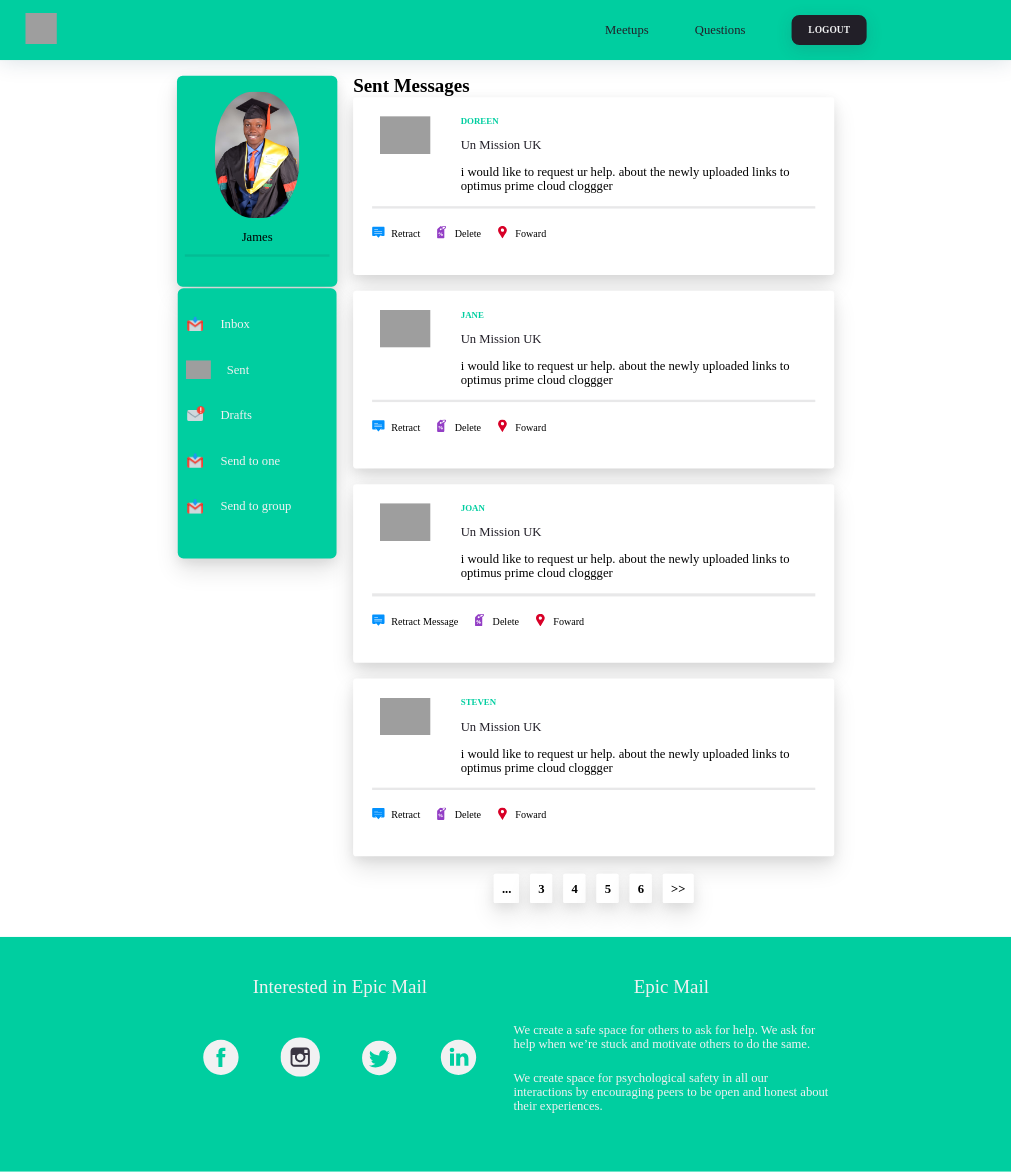
Repository: Gfreedoms/Epic-Mail
Page: pages/sent.html
An editor plug-in stored every save of this project. The page is shown before and after the next save, followed by the edit.
The browser window is 1280 px wide. The pictures show the whole page, at 79% of full size.
Pictures or frames that could not be fetched are drawn as grey boxes. Some web fonts or font styles are not loaded; a fallback is used.

Above is the page before, as saved 2019-02-28 06:39:59.

### pages/sent.html
<!DOCTYPE html>
<html lang="en">

<head>
	<meta charset="UTF-8">
	<meta name="viewport" content="width=device-width, initial-scale=1.0">
	<meta http-equiv="X-UA-Compatible" content="ie=edge">
	<link rel="apple-touch-icon" sizes="180x180" href="../assets/favicon/apple-touch-icon.png">
	<link rel="icon" type="image/png" sizes="32x32" href="../assets/favicon/favicon-32x32.png">
	<link rel="icon" type="image/png" sizes="16x16" href="../assets/favicon/favicon-16x16.png">
	<link rel="manifest" href="../assets/favicon/site.webmanifest">
	<link rel="mask-icon" href="../assets/favicon/safari-pinned-tab.svg" color="#5bbad5">
	<meta name="msapplication-TileColor" content="#da532c">
	<meta name="theme-color" content="#ffffff">
	<link rel="stylesheet" href="../styles/base.css">
	<link rel="stylesheet" href="../styles/format.css">
	<link rel="stylesheet" href="../styles/profile.css">
	<title>User Profile | EpIC EMAIL</title>
</head>

<body>
	<!-- Navigation Section Starts -->
	<section id="navigation">
		<nav class="navbar">
			<a href="../" id="nav-brand">
				<img src="../assets/imgs/logo.svg" alt="">
			</a>
			<ul class="nav-menu">
				<li class="visibility"><a class="hover-t" href="./login.html">Login</a></li>
				<li><a class="hover-t" href="./meetup.html">Meetups</a></li>
				<li><a class="hover-t" href="./questions.html">Questions</a></li>
				<li><a class="reg-btn box-sh-dark hover-lg" href="../">Logout</a></li>
			</ul>
			<a id="menu" href="">
				<img src="../assets/imgs/menu.svg" alt="">
			</a>
		</nav>
	</section>
	<!-- Navigation Section Ends -->

	<!-- SideBar Nav -->
	<ul id="sidebar" class="navbar-side side-hidden">
		<li><a href="./meetup.html">Meetups</a></li>
		<li><a href="./questions.html">Questions</a></li>
		<li><a class="" href="../">Logout</a></li>
	</ul>

	<div class="container">
		<div id="v-wrapper">
			<div class="profile user card">
				<img class="img mauto" src="../assets/imgs/freedom.jpg" alt="">
				<div class="bio">
					<h3 class="username sm-text">James</h3>

				</div>

				<div class="divider"></div>

				<div class = "user_side_bar">
				<ul class="list-items">
					<li>
						<img src="../assets/imgs/inbox.png" alt="">
						<div class = "labels">
								<a class="label_links" href="./profile.html">
									<h3 class="sm-text">Inbox</h3>
								</a>
						</div>

					</li>
					<li>

						<img src="../assets/imgs/logo.png" alt="">
						<div class = "labels">

								<a class="label_links" href="./sent.html">
									<h3 class="sm-text">Sent</h3>
								</a>
						</div>

					<li>

						<img src="../assets/imgs/drafts.png" alt="">
						<div class = "labels">

								<a class="label_links" href="./drafts.html">
									<h3 class="sm-text">Drafts</h3>
								</a>

							</div>

					</li>

					<li>

							<img src="../assets/imgs/inbox.png" alt="">
							<div class = "labels">
									<a class="label_links" href="./individual.html">
										<h3 class="sm-text">Send to one</h3>
									</a>

								</div>

					</li>
					<li>
						    <img src="../assets/imgs/inbox.png" alt="">
							<div class = "labels">
									<a class="label_links" href="./group-messages.html">
										<h3 class="sm-text">Send to group</h3>
									</a>
								</div>

					</li>



				</ul>
				</div>
			</div>

			<div class="meetups">
				<h2><b>	Sent Messages</b></h2>
				<div class="questions card-lg">
					<div class="content pall-1">
						<div class="q-title">
							<img class="img mauto" height="2rem" src="https://issagoal.com.ng/wp-content/uploads/2019/01/user4.png" alt="">
							<div class="meta">
									<a class="q-link" href="./meetup.html">
										<h3 class="sm-text">Doreen</h3>
									</a>
								<h3 class="md-text title">Un Mission UK</h3>
								<p>i would like to request ur help.
									about the newly uploaded links to
									optimus prime cloud cloggger

								</p>
							</div>
						</div>
						<div class="divider"></div>
						<div class="q-actions">
							<span>
								<a href="#!"><img src="../assets/imgs/icons/comment.svg" alt=""></a>
								Retract
							</span>
							<span>
								<a href="#!"><img src="../assets/imgs/icons/tag.svg" alt=""></a>
								Delete
							</span>
							<span>
								<a href="#!"><img src="../assets/imgs/icons/pointer.svg" alt=""></a>
								Foward
							</span>

						</div>
					</div>
				</div>
				<div class="questions card-lg">
					<div class="content pall-1">
						<div class="q-title">
							<img class="img mauto" height="2rem" src="https://issagoal.com.ng/wp-content/uploads/2019/01/user1.png" alt="">
							<div class="meta">
									<a class="q-link" href="./meetup.html">
										<h3 class="sm-text">Jane</h3>
									</a>
								<h3 class="md-text title">Un Mission UK</h3>
								<p>i would like to request ur help.
									about the newly uploaded links to
									optimus prime cloud cloggger

								</p>
							</div>
						</div>
						<div class="divider"></div>
						<div class="q-actions">
							<span>
								<a href="#!"><img src="../assets/imgs/icons/comment.svg" alt=""></a>
							Retract
							</span>
							<span>
								<a href="#!"><img src="../assets/imgs/icons/tag.svg" alt=""></a>
								Delete
							</span>
							<span>
								<a href="#!"><img src="../assets/imgs/icons/pointer.svg" alt=""></a>
								Foward
							</span>


						</div>
					</div>
				</div>
				<div class="questions card-lg">
					<div class="content pall-1">
						<div class="q-title">
							<img class="img mauto" height="2rem" src="https://issagoal.com.ng/wp-content/uploads/2019/01/user2.png" alt="">
							<div class="meta">
									<a class="q-link" href="./meetup.html">
										<h3 class="sm-text">Joan</h3>
									</a>
								<h3 class="md-text title">Un Mission UK</h3>
								<p>i would like to request ur help.
									about the newly uploaded links to
									optimus prime cloud cloggger

								</p>
							</div>
						</div>
						<div class="divider">
						</div>
						<div class="q-actions">
							<span>
								<a href="#!"><img src="../assets/imgs/icons/comment.svg" alt=""></a>
								Retract Message
							</span>
							<span>
								<a href="#!"><img src="../assets/imgs/icons/tag.svg" alt=""></a>
								Delete
							</span>
							<span>
								<a href="#!"><img src="../assets/imgs/icons/pointer.svg" alt=""></a>
								Foward
							</span>

						</div>
					</div>
				</div>
				<div class="questions card-lg">
					<div class="content pall-1">
						<div class="q-title">
							<img class="img mauto" height="2rem" src="https://issagoal.com.ng/wp-content/uploads/2019/01/user3.png" alt="">
							<div class="meta">
									<a class="q-link" href="./meetup.html">
										<h3 class="sm-text">Steven</h3>
									</a>
								<h3 class="md-text title">Un Mission UK</h3>
								<p>i would like to request ur help.
									about the newly uploaded links to
									optimus prime cloud cloggger

								</p>
							</div>
						</div>
						<div class="divider"></div>
						<div class="q-actions">
							<span>
								<a href="#!"><img src="../assets/imgs/icons/comment.svg" alt=""></a>
								Retract
							</span>
							<span>
								<a href="#!"><img src="../assets/imgs/icons/tag.svg" alt=""></a>
								Delete
							</span>
							<span>
								<a href="#!"><img src="../assets/imgs/icons/pointer.svg" alt=""></a>
							Foward
							</span>

						</div>
					</div>
				</div>

				<div class="pagination">
					<span class="card hover-lg hover-t">...</span>
					<span class="card hover-lg hover-t">3</span>
					<span class="card hover-lg hover-t">4</span>
					<span class="card hover-lg hover-t">5</span>
					<span class="card hover-lg hover-t">6</span>
					<span class="card hover-lg hover-t">>></span>
				</div>
			</div>
		</div>
	</div>

	<footer class="bg-secondary">
		<div class="container">
			<div class="info-about">
				<h3 class="md-text">Interested in Epic Mail</h3>
				<div class="social-links">
					<a href="#!"><img src="../assets/imgs/icons/facebook.svg" alt=""></a>
					<a href="#!"><img src="../assets/imgs/icons/instagram.svg" alt=""></a>
					<a href="#!"><img src="../assets/imgs/icons/twitter.svg" alt=""></a>
					<a href="#!"><img src="../assets/imgs/icons/linkedin.svg" alt=""></a>
				</div>
			</div>
			<div class="additional-info">
				<h3 class="md-text">Epic Mail</h3>
				<p class="sm-text">
					We create a safe space for others to ask for help.
					We ask for help when we’re stuck and motivate others to do the same.
				</p>
				<p class="sm-text">
					We create space for psychological safety in all our interactions by encouraging peers to be open and honest about
					their experiences.
				</p>
			</div>
		</div>
	</footer>
	<script src="../scripts/index.js"></script>
</body>

</html>

### styles/format.css
.is-danger {
	color: red;
}

.divider {
	height: 0.2rem;
	background: #221F28;
	opacity: 0.1;
	margin: 1rem auto;
	width: 100%;
}

table {
	width: 750px;
	border-collapse: collapse;
	margin: 50px auto;
}

/* Zebra striping */
tr:nth-of-type(odd) {
	background: #eee;
}

th {
	background: #221F28;
	color: white;
	font-weight: bold;
}

td,
th {
	padding: 10px;
	border: 1px solid #ccc;
	text-align: left;
	font-size: 18px;
}

@media only screen and (max-width: 760px),
(min-device-width: 768px) and (max-device-width: 1024px) {

	table {
		width: 100%;
	}

	/* Force table to not be like tables anymore */
	table,
	thead,
	tbody,
	th,
	td,
	tr {
		display: block;
	}

	thead tr {
		position: absolute;
		top: -9999px;
		left: -9999px;
	}

	tr {
		border: 1px solid #ccc;
	}

	td {
		border: none;
		border-bottom: 1px solid #eee;
		position: relative;
		padding-left: 50%;
	}

	td:before {
		position: absolute;
		/* Top/left values mimic padding */
		top: 6px;
		left: 6px;
		width: 45%;
		padding-right: 10px;
		white-space: nowrap;
		/* Label the data */
		content: attr(data-column);

		color: #000;
		font-weight: bold;
	}

	tbody tr {
		padding: 1rem;
	}
}

.m1 {
	margin-top: 0.8rem !important;
	margin-bottom: 0.8rem !important;
}

.pagination {
	text-align: center;
	margin: 2rem auto;
}

.pagination span {
	padding: 10px;
	border-radius: 2px;
	font-family: 'Circular-Book';
	font-weight: 600;
	font-size: 1rem;
	margin: 0 5px;
}

@media screen and (min-width: 1680px) {
	.reg-btn {
		padding: 1.5rem 1.6rem 1.5rem;
		font-size: 1rem;
	}

	.input {
		margin-top: 2rem;
	}

	.nav-menu a.hover-t {
		font-size: 1.4rem !important;
	}
}

### styles/profile.css
#v-wrapper {
	display: grid;
	grid-template-columns: 1fr 3fr;
	grid-gap: 20px;
	padding: 20px 0;
}

div.content.card {
	background: lightblue;
	padding: 2rem 1.5rem;
	margin-bottom: 20px;
}

.profile {
	display: grid;
	padding: 20px 10px;
	background-color:#00cea0;
}

.user_side_bar{

    margin-left: -9px;
    border-radius: .45rem;
    margin-top: 40px;
    background: #00cea0;
    padding: 20px 10px;
    margin-bottom: 20px;
    box-shadow: 0 15px 30px 0 rgba(0, 0, 0, .11), 0 5px 15px 0 rgba(0, 0, 0, .08);
    margin-right: -9px;
}


.profile.user {
	max-height: 25%;
}

.labels{
	margin-top: 3px;
    margin-left: 20px;
}

#v-wrapper>div.profile.card>div.divider {
	width: 100%;
}

.stats {
	display: grid;
	grid-template-columns: 1fr 1fr;
}

.stats h3 {
	color: #221F28;
	font-weight: 800;
	font-family: "Circular-Book";
}

.profile .img {
    height: 160px;
    width: auto;
    border-radius: 45%
}

.profile span {
	text-align: center;
	font-size: 0.5rem;
	color: grey;
	text-transform: uppercase;
}

span .sm-text {
	margin-bottom: 0;
}

.label_links{
	color: #221F28;
}

.questions {
	padding: 1.5rem;
	margin-bottom: 20px;
}

.questions h3 {
	color: #221F28;
	margin-bottom: 1rem;
}

.questions .divider {
	margin-left: 0;
	margin-top: 0.5rem;
}

.q-link h3 {
	font-family: 'Circular-Book';
	font-weight: 800;
	font-size: 0.7rem;
	text-transform: uppercase;
	color: #00cea0;
}

.q-link:hover h3 {
	color: #F01D43;
}

.q-actions {
	display: block;
	margin: 20px 0;
	height: auto;
}

.q-actions img {
	height: 1rem;
	position: relative;
	top: 2px;
}

.q-actions span {
	margin-right: 1rem;
	font-family: 'Circular-Book';
	font-size: 0.8rem;
}

.q-actions span a {
	margin-right: 5px;
}

.q-actions span:nth-child(2) img,
.q-actions span:nth-child(3) img {
	position: relative;
	top: 2px;
}

.q-actions span:nth-child(4) img {
	position: relative;
	top: 4px;
}

.divider {
	margin-bottom: 0;
	margin-top: 0.5rem;
}

.username {
	color: inherit;
	font-family: 'Circular-Book';
	text-align: center;
	margin: 15px 0 5px;
}

.meta-wrapper {
	grid-template-rows: 1fr 9fr;
}

.list-items {
	text-decoration: none;
}

.list-items li {
	display: grid;
	grid-template-columns: 1fr 9fr;
	margin: 0.8rem 0;
}

.list-items span {
	font-family: 'Circular-Book';
	font-size: 0.8rem;
	position: relative;
	top: 5px;
	margin-left: 1.5rem;

}

.list-items img {
	height: 1.5rem;
}

div.content.card {
	padding: 2rem 1.5rem;
	margin-bottom: 20px;
}

.content .md-text {
	color: #221F28;
    font-size: 1rem;

}

.actions {
	/* width: 0%; */
	display: grid;
	grid-template-columns: 0.5fr 1fr 1fr;
	grid-gap: 10px;
	align-items: center;
}

.actions h3 {
	margin-bottom: 0;
}

.actions a {
	font-family: 'Circular-Book';
	font-size: 0.8rem;
	padding: 0.5rem 0.6rem;
	text-align: center;
	color: #fff;
	border-radius: 10px;
}

@media (min-width: 1680px) {
	.profile {
		height: 300px !important;
	}

	.profile span {
		font-size: 0.8rem;
		margin: 10px 0 0;
		font-weight: 800;
	}

	.list-items span {
		font-family: 'Circular-Book' !important;
		font-size: 1rem !important;
	}
}

.q-title {
	display: grid;
	grid-template-columns: 15% 80%;
	grid-gap: 5%;
	margin-bottom: 1rem;
}

.q-title img {
	height: 3rem;
}

@media (max-width: 576px) {
	.profile.user {
		max-height: 200px;
	}

	.q-actions {
		display: grid;
		grid-template-columns: 1fr;
		grid-row-gap: 3px;
	}

	#v-wrapper {
		grid-template-columns: 1fr;
	}

	#v-wrapper .divider {
		display: none;
	}

	.profile {
		padding: 20px 10px;
		height: auto;
		grid-template-columns: 1fr 2fr;
	}

	.stats {
		align-items: flex-end;
	}
	.user_side_bar{
		max-height: 200px;
		padding: 20px 10px;
		height: auto;
		grid-template-columns: 1fr 2fr;
	}
}

### styles/fonts.css
@font-face {
	font-family: "Circular-Light";
	src:
		url("../assets/fonts/Circular-Light.woff") format("woff");
}
@font-face {
	font-family: "Circular-Book";
	src:
		url("../assets/fonts/Circular-Book.woff") format("woff");
}
@font-face {
	font-family: "Circular-Bold";
	src:
		url("../assets/fonts/Circular-Bold.woff") format("woff");
}

* {
	font-family: 'Circular-Light';
}

Loaded but not shown: scripts/index.js (10 lines, source omitted); styles/base.css (742 lines, source omitted)

After the next save:
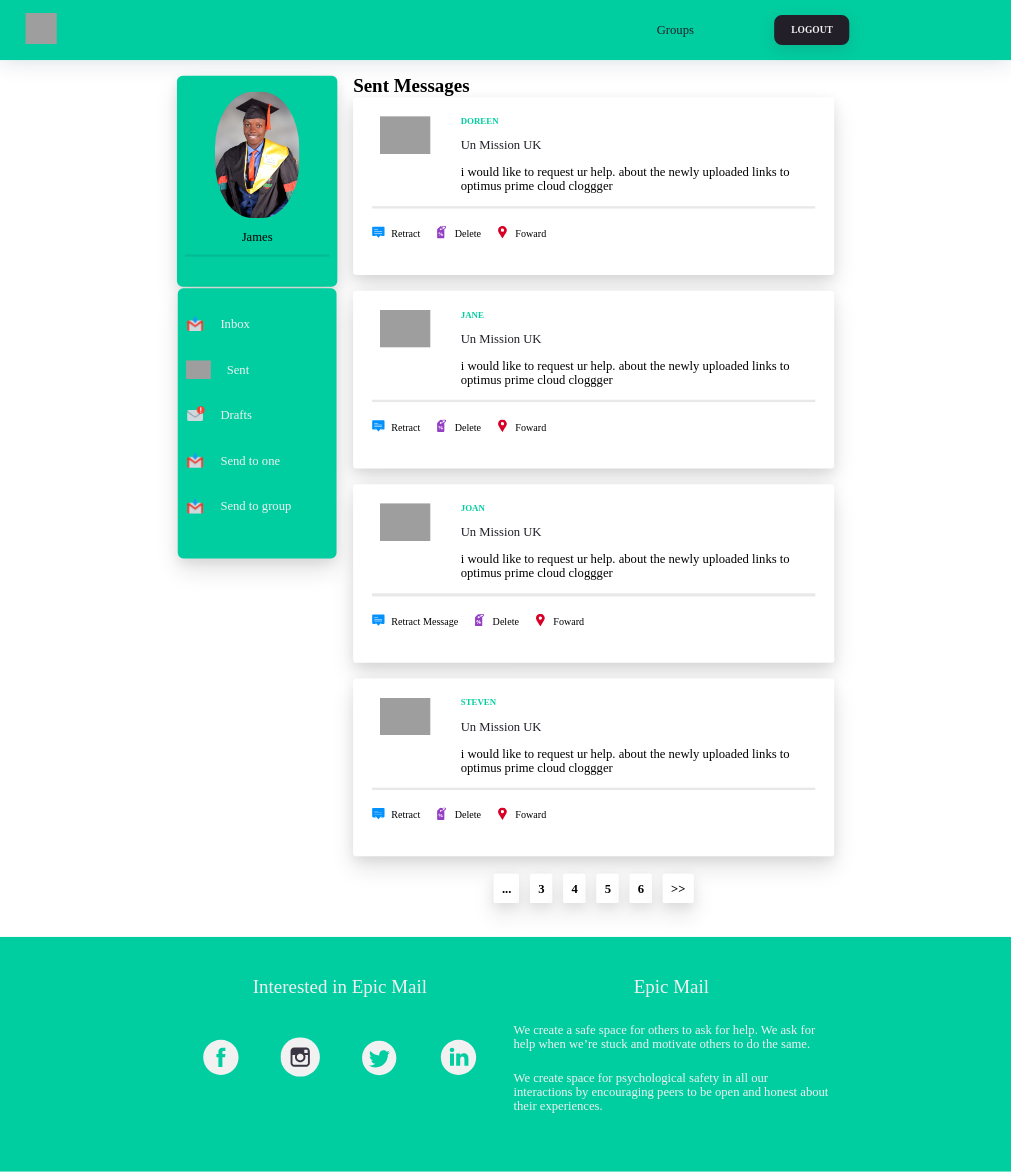
Saved 46 s later.
--- a/pages/sent.html
+++ b/pages/sent.html
@@ -27,9 +27,9 @@
 			</a>
 			<ul class="nav-menu">
 				<li class="visibility"><a class="hover-t" href="./login.html">Login</a></li>
-				<li><a class="hover-t" href="./meetup.html">Meetups</a></li>
-				<li><a class="hover-t" href="./questions.html">Questions</a></li>
-				<li><a class="reg-btn box-sh-dark hover-lg" href="../">Logout</a></li>
+
+				<li><a class="hover-t" href="./groups.html">Groups</a></li>
+				<li><a class="reg-btn box-sh-dark hover-lg" href="../index.html">Logout</a></li>
 			</ul>
 			<a id="menu" href="">
 				<img src="../assets/imgs/menu.svg" alt="">
